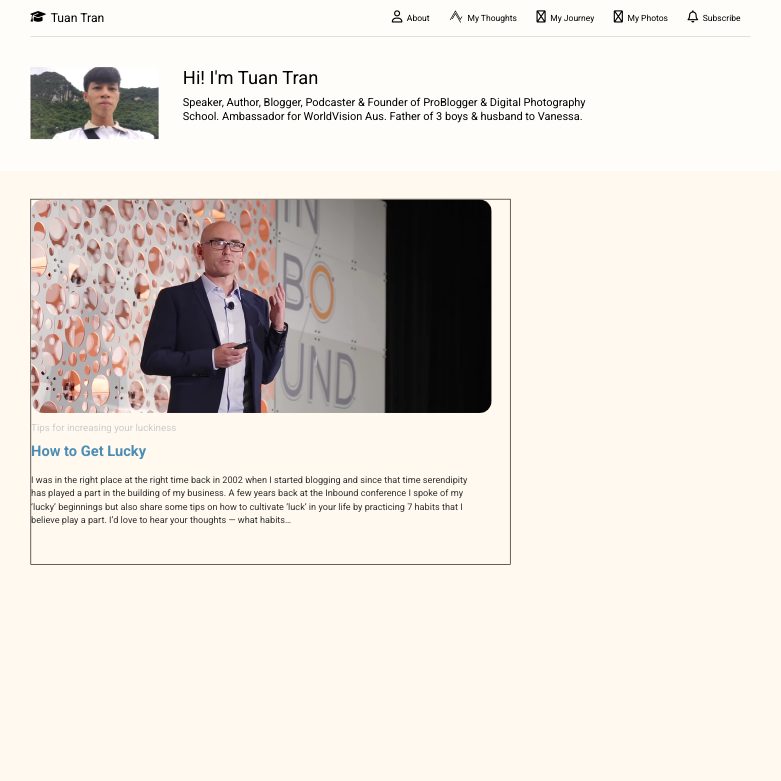
Repository: TranDinhTuann/Blog-Demo
Page: index.html
The author's editor kept a copy of each file at every save. The page is drawn from the files as they stood at one save, then again after the next save.
The browser window is 1280 px wide. The pictures show the whole page, at 61% of full size.

Above is the page before, as saved 2023-03-22 20:34:20.

### index.html
<!DOCTYPE html>
<html lang="en">
<head>
    <meta charset="UTF-8">
    <meta http-equiv="X-UA-Compatible" content="IE=edge">
    <meta name="viewport" content="width=device-width, initial-scale=1.0">
    <title>Blog của Tuấn</title>
    <link rel="stylesheet" href="./assets/css/base.css">
    <link rel="stylesheet" href="./assets/css/main.css">
    <link rel="stylesheet" href="https://cdnjs.cloudflare.com/ajax/libs/normalize/8.0.1/normalize.min.css">
    <link rel="stylesheet" href="./assets/fonts/fontawesome-free-6.2.1-web/css/all.min.css">
    <link rel="preconnect" href="https://fonts.googleapis.com"><link rel="preconnect" href="https://fonts.gstatic.com" crossorigin><link href="https://fonts.googleapis.com/css2?family=Roboto:wght@300;400;500;700&display=swap" rel="stylesheet">
</head>
<body>
    <div class="app">
        <div class="header">
            <nav class="navbar">
                <a class="navbar__head">
                    <i class="navbar__head-icon fa-solid fa-graduation-cap"></i>
                    <div class="navbar__name">Tuan Tran</div>
                </a>

                <ul class="navbar__list">
                    <li class="navbar__list-item">
                        <a href="" class="navbar__list-item-link">
                            <i class="navbar__list-item-icon fa-regular fa-user"></i>
                            <span class="navbar__list-item-text">About</span>
                        </a>
                    </li>
                    <li class="navbar__list-item">
                        <a href="" class="navbar__list-item-link">
                            <i class="navbar__list-item-icon fa-brands fa-think-peaks"></i>
                            <span class="navbar__list-item-text">My Thoughts</span>
                        </a>
                    </li>
                    <li class="navbar__list-item">
                        <a href="" class="navbar__list-item-link">
                            <i class="navbar__list-item-icon fa-regular fa-location-dot"></i>
                            <span class="navbar__list-item-text">My Journey</span>
                        </a>
                    </li>
                    <li class="navbar__list-item">
                        <a href="" class="navbar__list-item-link">
                            <i class="navbar__list-item-icon fa-sharp fa-regular fa-camera-retro"></i>
                            <span class="navbar__list-item-text">My Photos</span>
                        </a>
                    </li>
                    <li class="navbar__list-item">
                        <a href="" class="navbar__list-item-link">
                            <i class="navbar__list-item-icon fa-regular fa-bell"></i>
                            <span class="navbar__list-item-text">Subscribe</span>
                        </a>
                    </li>
                </ul>
            </nav>

            <div class="intro">
                <div class="intro__img">
                    <img src="./assets/img/logo.JPG" alt="" class="intro__img-image">
                </div>
                <div class="intro__text">
                    <div class="intro__head">Hi! I'm Tuan Tran </div>
                    <div class="intro__des">Speaker, Author, Blogger, Podcaster & Founder of ProBlogger & Digital Photography School. Ambassador for WorldVision Aus. Father of 3 boys & husband to Vanessa.</div>
                </div>
            </div>
        </div>

        <div class="grid">
            <div class="grid1">
                <div class="content">
                    <div class="columns">
                        <div class="img-human">
                            <img class="img-ong" src="./assets/img/slider/human1.png" alt="">
                        </div>
                        <div class="column-text">
                            <p class="des">Tips for increasing your luckiness</p>
                            <div class="heading">How to Get Lucky</div>
                            <div class="sub-heading">I was in the right place at the right time back in 2002 when I started blogging and since that time serendipity has played a part in the building of my business. A few years back at the Inbound conference I spoke of my ‘lucky’ beginnings but also share some tips on how to cultivate ‘luck’ in your life by practicing 7 habits that I believe play a part. I’d love to hear your thoughts — what habits…</div>
                        </div>
                    </div>
                </div>

                <div class="sitebar">

                </div>
            </div>
        </div>

        <footer class="footer">

        </footer>
    </div>
</body>
</html>

### assets/css/base.css
:root {
    --white-color: #fff;
    --black-color: #000;
    --text-color: #333;
    --primary-color: #fff9ef;
    --header-primary-color: rgb(255, 253, 249);
}

* {
    box-sizing: inherit;
}

html {
    /* hack */
    font-size: 62.5%;
    line-height: 1.6rem;
    font-family: 'Roboto', sans-serif;
    box-sizing: border-box;
}

@keyframes fadeIn {
    from{
        opacity: 0;
    }
    to{
        opacity: 1;
    }
}

@keyframes growth {
    from{
        transform: calc(0);
    }
    to{
        transform: calc(1);
    }
}

.img-ong{
    width: 100%;
    height: 350px;
    display: block;
    border-radius: 20px;
}
.img-human{
    margin-right: 30px;
    height: 350px;
    display: block;
}

### assets/css/main.css
.app{
    height: 1000px;
    background-color: rgb(255, 253, 249);
}

.header{
    height: 280px;
    margin: 0 50px;
}

.navbar{
    height: 60px;
    border-bottom: 1px solid #ccc;
    display: flex;
    align-items: center;
    justify-content: space-between;
}

.navbar__head-icon {
    font-size: 2rem;
    margin-right: 8px;
}

.navbar__name {
    font-size: 2rem;

}

.navbar__head {
    display: flex;
}

.navbar__head:hover {
    cursor: pointer;
    opacity: 0.5;
}

.navbar__list {
    display: flex;
    list-style: none;
    font-size: 1.4rem;
}

.navbar__list-item {
    padding: 0 16px;
    line-height: 60px;
}

.navbar__list-item:hover {
    cursor: pointer;
    opacity: 0.5;
}

.navbar__list-item-link {
    color: #000;
    text-decoration: none;
}

.navbar__list-item-icon{
    font-size: 2rem;
    padding-right: 4px;
}


.intro {
    display: flex;
    margin-top: 50px;
}

.intro__img {
    width: 30%;
    height: 50px;
}

.intro__img-image {
    width: 100%;
    background-size:cover;
}

.intro__text{
    padding-left: 40px;
}

.intro__head {
    font-size: 3rem;
}

.intro__des {
    font-size: 1.8rem;
    padding: 10px 250px 0 0;
    line-height: 2.4rem;
}


/* Grid */
.grid {
    background-color: rgb(255, 249, 239);
    height: 1000px;
    /* display: flex; */
}
.grid1  {
    margin: 0 50px;
    display: flex;
    padding-top: 46px;
}
.content {
    border: 1px solid #000;
    height: 600px;
    flex: 2;
}
.sitebar {
    flex: 1;
}

.column-text{
    padding: 0 50px 0 0;
}
.des{
    font-size: 16px;
    color: #ccc;
}
.heading {
    font-size: 24px;
    font-weight: 700;
    color: #4c8eb3;
}
.sub-heading {
    color: #333333;
    font-size: 15px;
    padding-top: 20px;
    line-height: 1.5;
}

Loaded but not shown: assets/fonts/fontawesome-free-6.2.1-web/css/all.min.css (library)

After the next save:
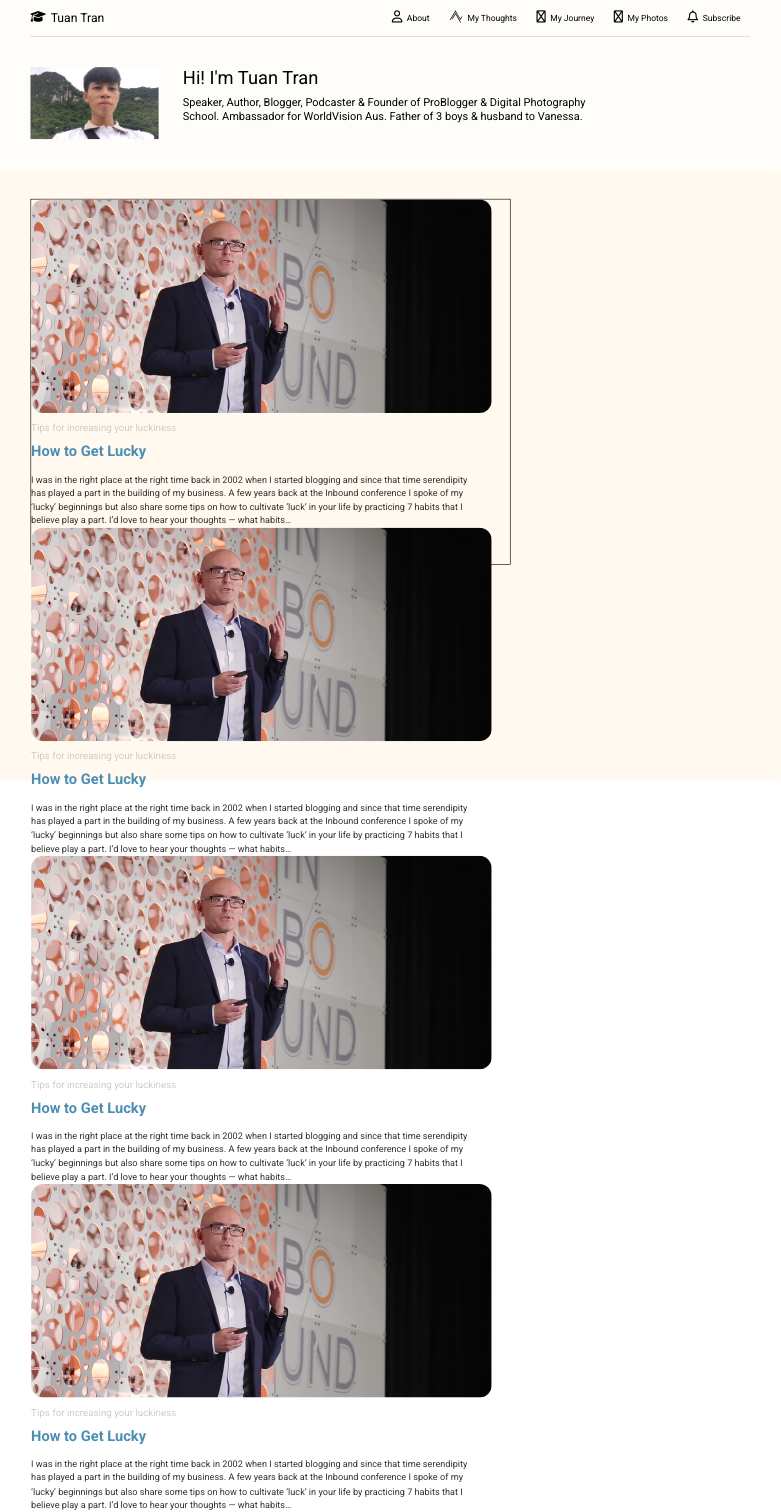
Saved 40 s later.
--- a/index.html
+++ b/index.html
@@ -78,6 +78,36 @@
                             <div class="sub-heading">I was in the right place at the right time back in 2002 when I started blogging and since that time serendipity has played a part in the building of my business. A few years back at the Inbound conference I spoke of my ‘lucky’ beginnings but also share some tips on how to cultivate ‘luck’ in your life by practicing 7 habits that I believe play a part. I’d love to hear your thoughts — what habits…</div>
                         </div>
                     </div>
+                    <div class="columns">
+                        <div class="img-human">
+                            <img class="img-ong" src="./assets/img/slider/human1.png" alt="">
+                        </div>
+                        <div class="column-text">
+                            <p class="des">Tips for increasing your luckiness</p>
+                            <div class="heading">How to Get Lucky</div>
+                            <div class="sub-heading">I was in the right place at the right time back in 2002 when I started blogging and since that time serendipity has played a part in the building of my business. A few years back at the Inbound conference I spoke of my ‘lucky’ beginnings but also share some tips on how to cultivate ‘luck’ in your life by practicing 7 habits that I believe play a part. I’d love to hear your thoughts — what habits…</div>
+                        </div>
+                    </div>
+                    <div class="columns">
+                        <div class="img-human">
+                            <img class="img-ong" src="./assets/img/slider/human1.png" alt="">
+                        </div>
+                        <div class="column-text">
+                            <p class="des">Tips for increasing your luckiness</p>
+                            <div class="heading">How to Get Lucky</div>
+                            <div class="sub-heading">I was in the right place at the right time back in 2002 when I started blogging and since that time serendipity has played a part in the building of my business. A few years back at the Inbound conference I spoke of my ‘lucky’ beginnings but also share some tips on how to cultivate ‘luck’ in your life by practicing 7 habits that I believe play a part. I’d love to hear your thoughts — what habits…</div>
+                        </div>
+                    </div>
+                    <div class="columns">
+                        <div class="img-human">
+                            <img class="img-ong" src="./assets/img/slider/human1.png" alt="">
+                        </div>
+                        <div class="column-text">
+                            <p class="des">Tips for increasing your luckiness</p>
+                            <div class="heading">How to Get Lucky</div>
+                            <div class="sub-heading">I was in the right place at the right time back in 2002 when I started blogging and since that time serendipity has played a part in the building of my business. A few years back at the Inbound conference I spoke of my ‘lucky’ beginnings but also share some tips on how to cultivate ‘luck’ in your life by practicing 7 habits that I believe play a part. I’d love to hear your thoughts — what habits…</div>
+                        </div>
+                    </div>
                 </div>
 
                 <div class="sitebar">
